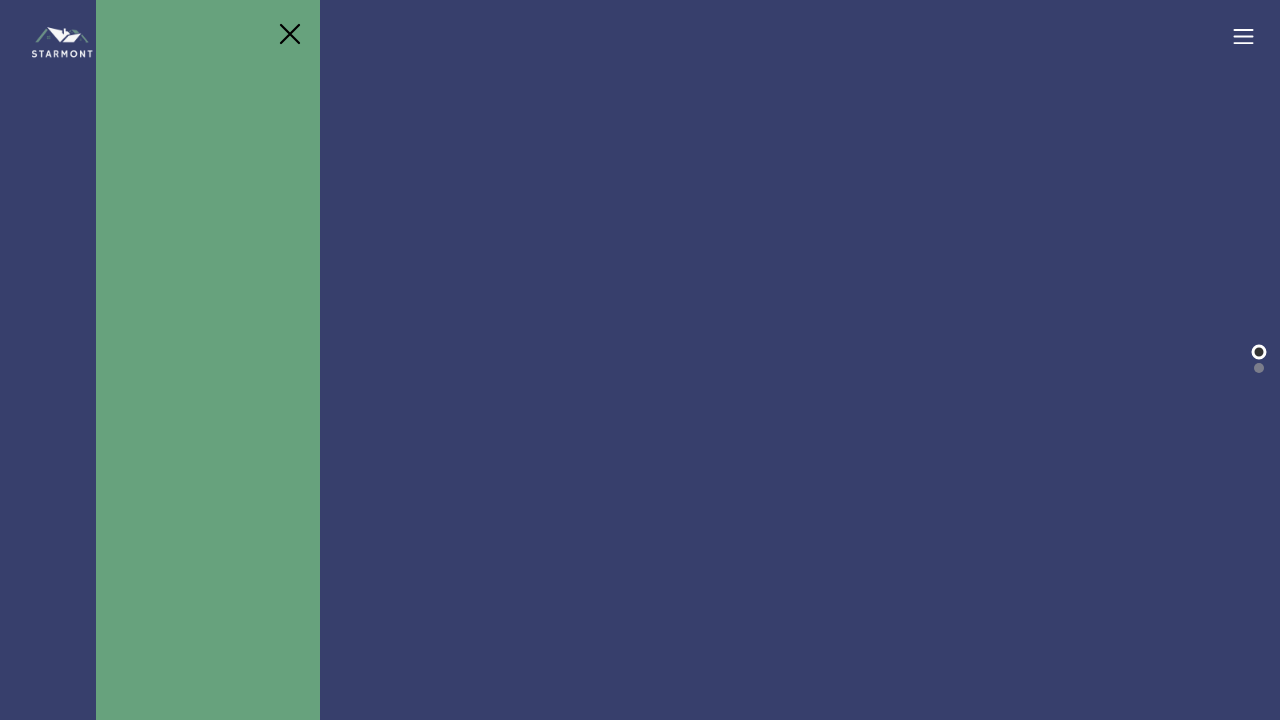
Repository: Mikolaj982/Starmont-website
Page: /, after clicking the first element matching `svg.h-\[25px\]`
The author's editor kept a copy of each file at every save. The page is drawn from the files as they stood at one save, then again after the next save.
The browser window is 1280 px wide. The pictures show the whole page.
The project was rebuilt for these pictures with package versions that can differ from the ones it lists, and the page was loaded fresh each time. The framework's server and built-in components were replaced by stand-ins that run in the browser. Also part of the build but not shown: next.config.js.

Above is the page before, as saved 2024-01-08 09:59:59.

After the next save:
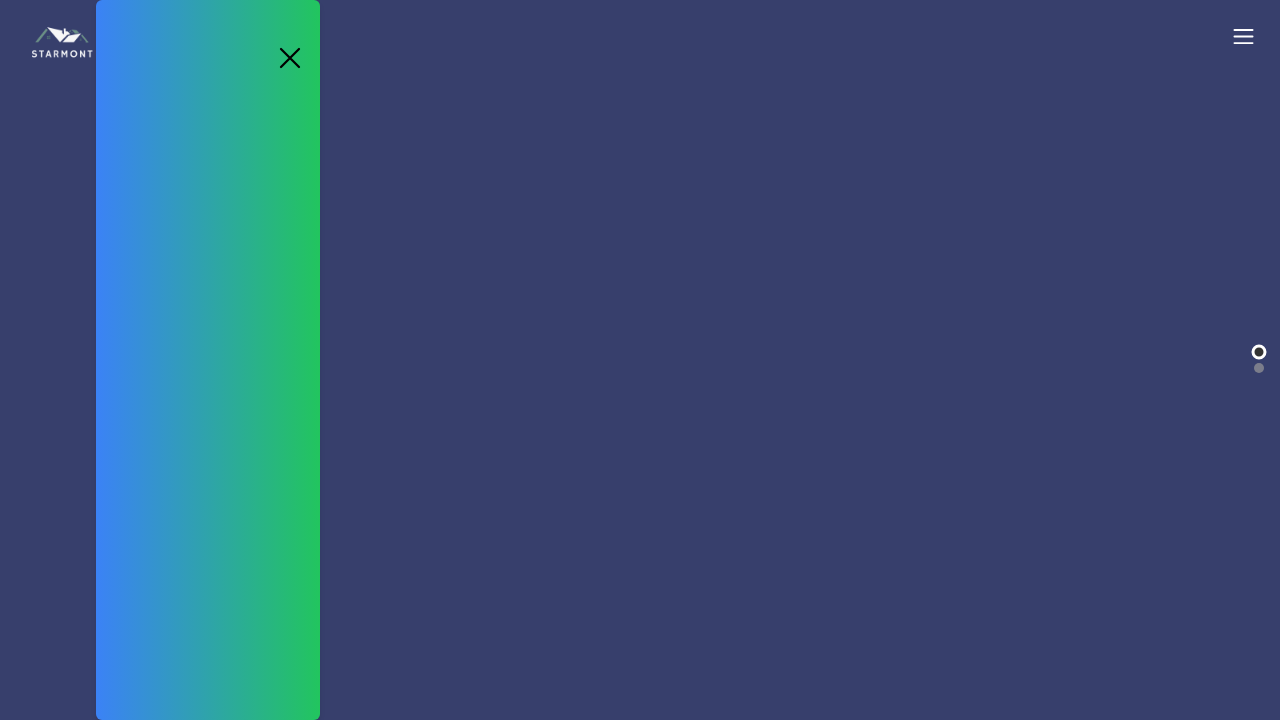
Saved 53 min 53 s later.
--- a/src/app/components/RightSidebar.tsx
+++ b/src/app/components/RightSidebar.tsx
@@ -10,7 +10,7 @@
 const RightSidebar: React.FC<RightSidebarProps> = ({ setIsOpen, isOpen }) => {
 
     return (
-        <div className={`w-56 h-[100vh] p-2 pb-16 fixed z-20 bg-[#67A27D] transform transition-transform duration-1000 ease-in-out ${isOpen ? 'translate-x-24' : 'translate-x-[333px]'}`}>
+        <div className={`bg-gradient-to-r from-blue-500 to-green-500 bg-opacity-50 p-8 rounded-md shadow-md w-56 h-[100vh] pb-16 fixed z-20 bg-[#67A27D] transform transition-transform duration-1000 ease-in-out ${isOpen ? 'translate-x-24' : 'translate-x-[333px]'}`}>
 
             <XMarkIcon onClick={() => setIsOpen(false)} className='z-20 absolute right-0 mt-2 mr-3 h-9' />
         </div>
